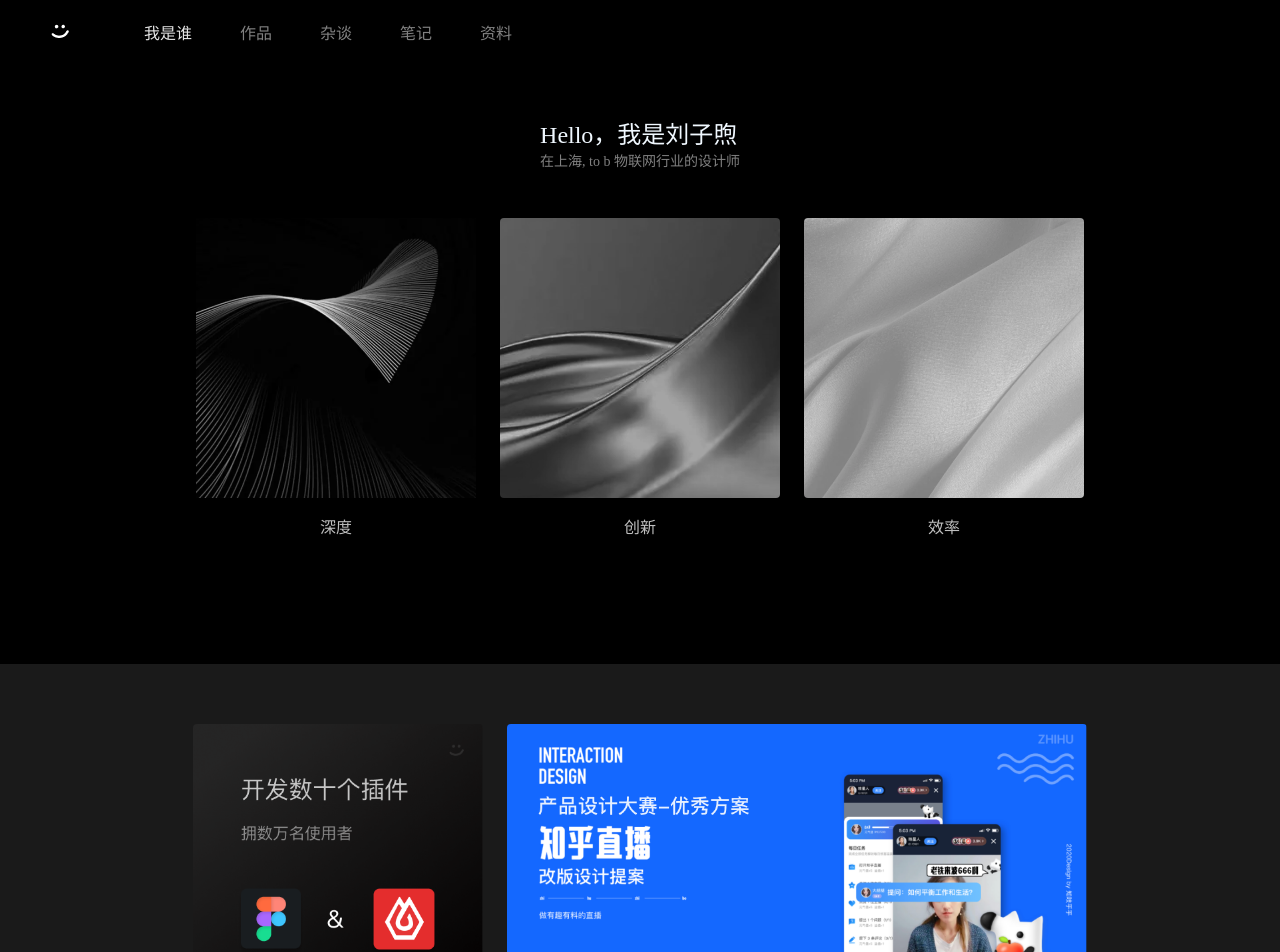
Repository: LiuZixu-aurelio/myblog-Vue
Page: /#/home/who
These files come from the project's save history. The page is drawn as it stood at one moment and after the next save; the edit follows.
The browser window is 1280 px wide. The pictures show the part of the page from y = 0 to 952 px (the page is 2936 px tall).
The project was rebuilt for these pictures with package versions that can differ from the ones it lists, and the page was loaded fresh each time. Also part of the build but not shown: vue.config.js, src/views/PreView.vue, src/components/cardCom.vue, src/views/project.vue, src/views/talk.vue, src/views/sign.vue, src/views/test.vue, src/components/detailCom.vue.

Above is the page before, as saved 2022-09-05 11:14:52.

### src/App.vue
<template>
  <div>
    <!-- <img id='cursor' src="../public/Frame9.png" alt="" /> -->
    <router-view></router-view>
  </div>
</template>

<script>
/* window.onmousemove = function (e) {
  // e是事件对象
  console.log(document.querySelector('img').style.left)
  document.querySelector('img').style.left = e.pageX + 20 + 'px'
  document.querySelector('img').style.top = e.pageY + 20 + 'px'
} */
</script>


<style lang="scss">
* {
    cursor:url('../public/Frame9.svg'), auto;;
  }

/* #cursor {
    position: absolute;
    left: 0;
    top: 0;
} */

body{
  padding: 0px;
  margin: 0px;
  height: auto;
}
.hairlines{
  padding: 0px;
  margin: 0px;
}
#app{
  height: auto;
}

#pre {
  background-color: #000000;
  height: 100vh;

  .liuzixu{
    color: aliceblue;
    padding: 24px;
  }

  .cont{
    color: aliceblue;
    width: 100%;
    text-align: center;
    position: relative;
    top: 100px;
    z-index: 1;
  }

  .test {
  color:rgba(255, 255, 255, 0.5);
  z-index: 1;
  text-align: center;
  position: relative;
  bottom: -150px;
  width: auto;
  height: auto;
  cursor: default;
  font-size: 12px;
  }

  #start{
    width: 74px;
    height: 36px;
    border-radius: 18px;
    border: 1px solid white;
    color: white;
    background: none;
    font-size: 16px;
    margin: 16px 56px;
    position:static;
  }

  #start:hover{
    color: rgb(0,0,0 );
    background: white;
  }
}

.home{
  background-color: rgb(244, 246, 255);
  height: auto;

  .nav {
      background-color: black;
      height: 67px;
      line-height: 67px;
    img {
      margin: 0px 24px;
      position: relative;
      top: 4px;
    }

    .navkuaiu{
      margin: 0px 24px;
      color: rgba(255, 255, 255, 0.5);
      text-decoration: none;
      &.router-link-exact-active{
       color: rgba(255, 255, 255, 0.9);
    }
    }
    .navkuaiu:hover{
      font-size: 16px;
      color: rgba(255, 255, 255, 0.9);
      font-weight: 500;
    }

  }
  .color1{
    background-color: #000
  }

  .color2{
    background-color: rgb(244, 246, 255)
  }

  .whoheigt{height:94vh;

    .whocont{
      width: 92%;
      margin: auto;
      height: 90%;
      text-align: center;
    }

    .whodiv{
      display: inline-block;
      margin: 24px 24px 0px 24px;
      padding-bottom: 0px ;
      max-width: 80%;
      text-align: left;
      color: rgba(255, 255, 255, 0.75)
    }

    img{
      margin: 0px 24px;
      position: relative;
      top: 32px;
    }
  }
}

</style>

### src/router/index.js
import { createRouter, createWebHashHistory } from 'vue-router'
import HomeView from '../views/HomeView.vue'
import whoView from '../views/who.vue'
import PreView from '../views/PreView.vue'
import ProjectView from '../views/project.vue'
import TalkView from '../views/talk.vue'
import SignView from '../views/sign.vue'
import testQ from '../views/test.vue'

import DetailCom from '../components/detailCom.vue'

import { scard1, scard3 } from '../pages/zhihu.js'
import { scard1t, scard3t } from '../pages/talk-ux.js'
import { scardInfor1, scardInfor3 } from '../pages/infor.js'
import { extest1, extest3 } from '../pages/testhub.js'
import { button1, button3 } from '../pages/c-button'
import { signProduct1, signProduct3 } from '../pages/sign-product.js'
import { signBlender1, signBlender3 } from '../pages/sign-blender.js'
import { talkResponsive1, talkResponsive3 } from '../pages/talk-responsive.js'
import { signSAP1, signSAP3 } from '../pages/sign-sap.js'
import { signSalesforce1, signSalesforce3 } from '../pages/sign-salesforce.js'






const routes = [
  {
    path: '/', redirect: '/pre'
  },
  {
    path: '/pre',
    name: 'pre',
    component: PreView
  },
  {
    path: '/home',
    name: 'home',
    component: HomeView,
    children: [
      {
        path: '/home/who',
        name: 'homewho',
        component: whoView
      },
      {
        path: '/home/project',
        name: 'project',
        component: ProjectView,
      },
      {
        path: '/home/project/ZHIHU',
        name: 'ZHIHU',
        props: { na:scard1,im:scard3 },
        component: DetailCom
      },
      {
        path: '/home/project/test',
        name: 'testhub',
        props: { na:extest1,im:extest3 },
        component: DetailCom,
      },
      {
        path: '/home/project/infor',
        name: 'infor',
        props: { na:scardInfor1,im:scardInfor3 },
        component: DetailCom,
      },
      {
        path: '/home/talk',
        name: 'talk',
        component: TalkView,
      },
      {
        path: '/home/talk/DetailYHTYQT',
        name: 'Detail',
        props: { na:scard1t,im:scard3t },
        component: DetailCom
      },
      {
        path: '/home/talk/cbutton',
        name: 'cbutton',
        props: { na:button1,im:button3 },
        component: DetailCom
      },
      {
        path: '/home/talk/talk-responsive',
        name: 'talk-responsive',
        props: { na:talkResponsive1,im:talkResponsive3 },
        component: DetailCom
      },
      {
        path: '/home/sign',
        name: 'sign',
        component: SignView
      },
      {
        path: '/home/sign/sign-sap',
        name: 'sign-sap',
        props: { na:signSAP1,im:signSAP3 },
        component: DetailCom
      },
      {
        path: '/home/sign/sign-salesforce',
        name: 'sign-salesforce',
        props: { na:signSalesforce1,im:signSalesforce3 },
        component: DetailCom
      },
      {
        path: '/home/sign/sign-product',
        name: 'sign-product',
        props: { na:signProduct1,im:signProduct3 },
        component: DetailCom
      },
      {
        path: '/home/sign/sign-blender',
        name: 'sign-blender',
        props: { na:signBlender1,im:signBlender3 },
        component: DetailCom
      }
    ]
  },

  {
    path: '/testQ',
    name: 'testQ',
    component: testQ
  }
]

const router = createRouter({
  history: createWebHashHistory(),
  routes
})

export default router

### src/views/HomeView.vue
<template>
  <div class="home">
        <div class="nav">
            <router-link to="/" class="navkuaiu">
              <img src="../assets/smal-logo.png">
            </router-link>
            <router-link to="/home/who" class="navkuaiu">我是谁</router-link>
            <router-link to="/home/project" class="navkuaiu">作品</router-link>
            <router-link to="/home/talk" class="navkuaiu" v-if="'/home/talk'!=undefined">杂谈</router-link>
            <router-link to="/home/sign" class="navkuaiu">笔记</router-link>
            <a href="https://liuzixu-aurelio.github.io/designcollection/" class="navkuaiu" target="_blank">资料</a>
        </div>
        <router-view></router-view>
      <div></div>
  </div>
</template>

<script>

export default {
  name: 'HomeView',
  components: {}
}
</script>

<style>

</style>

### src/views/who.vue
<template>
<div id="who">
  <div class="title">
    Hello，我是刘子煦
    <div>在上海, to b 物联网行业的设计师</div>
  </div>
  <div id="character">
    <div>
      <div id="a1"></div>
      <p>深度</p>
    </div>
    <div>
      <div class="menban">
        <div id="b1"></div>
      </div>
      <p>创新</p>
    </div>
    <div>
      <div id="c1"></div>
      <p>效率</p>
    </div>
  </div>
  <div class="project">
    <div>
      <div id="a2"></div>
      <div id="b2"></div>
    </div>
    <div>
      <div id="a3"></div>
      <div id="b3"></div>
    </div>
    <div>
      <div id="a4"></div>
      <div id="b4"></div>
    </div>
    <div>
      <div id="a5"></div>
    </div>
  </div>
  <div id="tedian">
    <div class="title">与众不同</div>
    <div id="tedian2">
      <div class="tedian4">
        <div>左手设计</div>
        <ul>1.asdasd</ul>
        <ul>2.asdasd</ul>
        <ul>3.asdasd</ul>
      </div>
      <div class="divline"></div>
      <div class="tedian3">
        <div>右手技术</div>
        <ul>1.asdasd</ul>
        <ul>2.asdasd</ul>
        <ul>3.asdasd</ul>
      </div>
    </div>
  </div>
  <div class="project">
    <div class="title">联系方式</div>
    <div id="tedian2">
      <div class="tedian4">
        <div>Email：liuzixuitalia@163.com</div>
        <div>Wechat：398488080</div>
        <div>phone：17621616651</div>
      </div>
      <div class="divline"></div>
      <div class="tedian3">
        <div id="erweima"></div>
      </div>
    </div>
  </div>
</div>

</template>

<script>


export default {
  name: "whoView",
  components: {},
  mounted(){

  },
  methods: {
  },
  data() {
  },
};
</script>

<style>
#who {
  background-color: rgb(0, 0, 0);
  height: auto;
  display: flex;
  align-items: center;
  flex-wrap: wrap;
  flex-direction: column
}
.title {
  display: block;
  color: aliceblue;
  justify-content: center;
  align-items: center;
  margin: 48px 0px 0px 0px;
  font-size: 24px;
  flex-wrap: wrap

}
.title>div{
  font-size: 14px;
  color: rgba(255, 255, 255, 0.5);
}

#character {
  display: flex;
  margin: 48px 0px;
}

#character>div {
  width: 280px;
  height: 350px;
  margin: 0px 12px;
  display: flex;
  flex-direction: column;
  align-items: center
}
#character>div>p {
  color:rgba(255, 255, 255, 0.75);

}
.menban {
  border-radius: 4px;
  background: rgba(0, 0, 0, 0.5);
  backdrop-filter: blur(16px);
  z-index: 2px;

}
#a1 {
  width: 280px;
  height: 280px;
  background-image: url('../assets/who/c2.png');
  background-size: 300px 300px;

}
#b1 {
  width: 280px;
  height: 280px;
  background-image: url('../assets/who/c3.png');
  background-size: 300px 300px;
  border-radius: 4px;
  opacity:0.8;

}
#c1 {
  width: 280px;
  height: 280px;
  background-image: url('../assets/who/c1.png');
  background-size: 300px 300px;
  border-radius: 4px;
}

.project {
  background-color: rgba(255, 255, 255, 0.1);
  display: flex;
  flex-direction: column;
  width: 100%;
  padding: 48px 0px;
  margin: 48px 0px;
}

.project>div {
  height: auto;
  margin: 12px 0px;
  display: flex;
  justify-content: center;
}

#a2 {
  background-image: url('../assets/who/p1.png');
  background-size: 290px 300px;
  border-radius: 4px;
  width: 290px;
  height: 300px;
}
#b2 {
  margin-left: 24px;
  background-image: url('../assets/who/p2.png');
  background-size: 580px 300px;
  border-radius: 4px;
  width: 580px;
  height: 300px;
}
#a3 {
  background-image: url('../assets/who/p3.png');
  background-size: 435px 300px;
  border-radius: 4px;
  width: 435px;
  height: 300px;
}
#b3 {
  margin-left: 24px;
  background-image: url('../assets/who/p4.png');
  background-size: 435px 300px;
  border-radius: 4px;
  width: 435px;
  height: 300px;
}
#a4 {
  background-image: url('../assets/who/p5.png');
  width: 580px;
  height: 300px;
}
#b4 {
    margin-left: 24px;
    background-image: url('../assets/who/p6.png');
  width: 290px;
  height: 300px;
}
#a5 {
    background-image: url('../assets/who/p7.png');
  width: 894px;
  height: 300px;
}

#tedian {
  margin-bottom: 48px;
  display: flex;
  flex-direction: column;
  align-items: center
}
#tedian2 {
  display: flex;
  margin-top: 48px;
}
.tedian3 {
  /* border: 1px solid red; */
  width: 380px;
  margin: 0px 32px;
}
.tedian3>div {
  color: #fff;
  font-size: 16px;
  margin: 8px 16px 24px 16px;
}
.tedian3>ul {
  color: rgba(255, 255, 255, 0.5);
  padding: 0px;
  margin: 16px 16px;
}
.divline {
  width: 1px;
  height: 10rem;
  margin: 0px 0px;
  background-color: rgba(255, 255, 255, 0.15);
}
.tedian4 {
  /* border: 1px solid red; */
  width: 380px;
  margin: 0px 32px;
}
.tedian4>div {
  color: #fff;
  font-size: 16px;
  margin: 8px 16px 24px 16px;
  text-align: right;
}
.tedian4>ul {
  color: rgba(255, 255, 255, 0.5);
  padding: 0px;
  margin: 16px 16px;
  text-align: right;
}



#erweima {
  width: 150px;
  height: 150px;
  background-image: url('../assets/who/wc.png');
  background-size: 150px 150px
}
</style>

### src/pages/c-button.js
const button1 = '组件-按钮的剖析'

const aa = require("/src/assets/button.png")
const ab = 'url(' + aa +')'
const button2 = {backgroundImage: ab}

const button4 = '/home/talk/cbutton'

const a0 = require('/src/assets/button.png')
const a = require('/src/assets/button1.png')
const a1 = require('/src/assets/button2.png')
const a2 = require('/src/assets/button3.png')
const a3 = require('/src/assets/button4.png')
const a4 = require('/src/assets/button5.png')
const a5 = require('/src/assets/button6.png')
const a6 = require('/src/assets/button7.png')
const a7 = require('/src/assets/button8.png')
const button3 = [a0,a,a1,a2,a3,a4,a5,a6,a7]

export { button1 } // 标题
export { button2 } // 卡片背景
export { button3 } // 页面内容
export { button4 } // 路径

### src/pages/sign-product.js
const signProduct1 = '笔记-产品书籍&讲座'

const aa = require("/src/assets/sign/sign-product.png")
const ab = 'url(' + aa +')'
const signProduct2 = {backgroundImage: ab}

const signProduct4 = '/home/sign/sign-product'

const a0 = require('/src/assets/sign/sign-product.png')
const a = require('/src/assets/sign/sign-product1.png')
const a1 = require('/src/assets/sign/sign-product2.png')
const a2 = require('/src/assets/sign/sign-product3.png')
const signProduct3 = [a0,a,a1,a2]

export { signProduct1 } // 标题
export { signProduct2 } // 卡片背景
export { signProduct3 } // 页面内容
export { signProduct4 } // 路径

### src/pages/sign-blender.js
// 1.设置本页
// 2.配置路由
// 3.放入列表页

const signBlender1 = '笔记-blender'

const aa = require("/src/assets/sign/sign-blender.png")
const signBlender2 = {backgroundImage: 'url(' + aa +')'}

const signBlender3 =[
    require('/src/assets/sign/sign-blender.png'),
    require('/src/assets/sign/sign-blender1.png'),
    require('/src/assets/sign/sign-blender2.png'),
    require('/src/assets/sign/sign-blender3.png'),
    require('/src/assets/sign/sign-blender4.png'),
    require('/src/assets/sign/sign-blender5.png')
]

const signBlender4 = '/home/sign/sign-blender'

export { signBlender1 } // 标题
export { signBlender2 } // 卡片背景
export { signBlender3 } // 页面内容
export { signBlender4 } // 路径

### src/pages/talk-responsive.js
// 1.设置本页
// 2.配置路由
// 3.放入列表页

const talkResponsive1 = '组件-布局响应式'

const aa = require("/src/assets/talk/talk-responsive.png")
const talkResponsive2 = {backgroundImage: 'url(' + aa +')'}

const talkResponsive3 =[
    require('/src/assets/talk/talk-responsive.png'),
    require('/src/assets/talk/talk-responsive1.png'),
    require('/src/assets/talk/talk-responsive2.png'),
    require('/src/assets/talk/talk-responsive3.png'),
    require('/src/assets/talk/talk-responsive4.png')
]

const talkResponsive4 = '/home/talk/talk-responsive'

export { talkResponsive1 } // 标题
export { talkResponsive2 } // 卡片背景
export { talkResponsive3 } // 页面内容
export { talkResponsive4 } // 路径

### src/pages/sign-sap.js
const signSAP1 = '笔记-SAP设计系统'

const aa = require("/src/assets/sign/sign-sap.png")
const ab = 'url(' + aa +')'
const signSAP2 = {backgroundImage: ab}

const signSAP4 = '/home/sign/sign-sap'

const signSAP3 =[
    require('/src/assets/sign/sign-sap.png'),
    require('/src/assets/sign/sign-sap1.png'),
    require('/src/assets/sign/sign-sap2.png'),
    require('/src/assets/sign/sign-sap3.png'),
    require('/src/assets/sign/sign-sap4.png'),
    require('/src/assets/sign/sign-sap5.png'),
    require('/src/assets/sign/sign-sap6.png')
]

export { signSAP1 } // 标题
export { signSAP2 } // 卡片背景
export { signSAP3 } // 页面内容
export { signSAP4 } // 路径

### src/pages/sign-salesforce.js
// 1.设置本页
// 2.配置路由
// 3.放入列表页

const signSalesforce1 = '设计系统-salesforce'

const aa = require("/src/assets/sign/sign-salesforce.png")
const signSalesforce2 = {backgroundImage: 'url(' + aa +')'}

const signSalesforce3 =[
    require('/src/assets/sign/sign-salesforce.png'),
    require('/src/assets/sign/sign-salesforce1.png'),
    require('/src/assets/sign/sign-salesforce2.png'),
    require('/src/assets/sign/sign-salesforce3.png'),
    require('/src/assets/sign/sign-salesforce4.png'),
    require('/src/assets/sign/sign-salesforce5.png'),
    require('/src/assets/sign/sign-salesforce6.png'),
    require('/src/assets/sign/sign-salesforce7.png')
]

const signSalesforce4 = '/home/sign/sign-salesforce'

export { signSalesforce1 } // 标题
export { signSalesforce2 } // 卡片背景
export { signSalesforce3 } // 页面内容
export { signSalesforce4 } // 路径

Loaded but not shown: public/index.html (common file); src/main.js (common file); src/pages/infor.js (no copy from this time; the picture is the same without it); src/pages/talk-ux.js (no copy from this time; the picture is the same without it); src/pages/testhub.js (no copy from this time; the picture is the same without it); src/pages/zhihu.js (no copy from this time; the picture is the same without it)

After the next save:
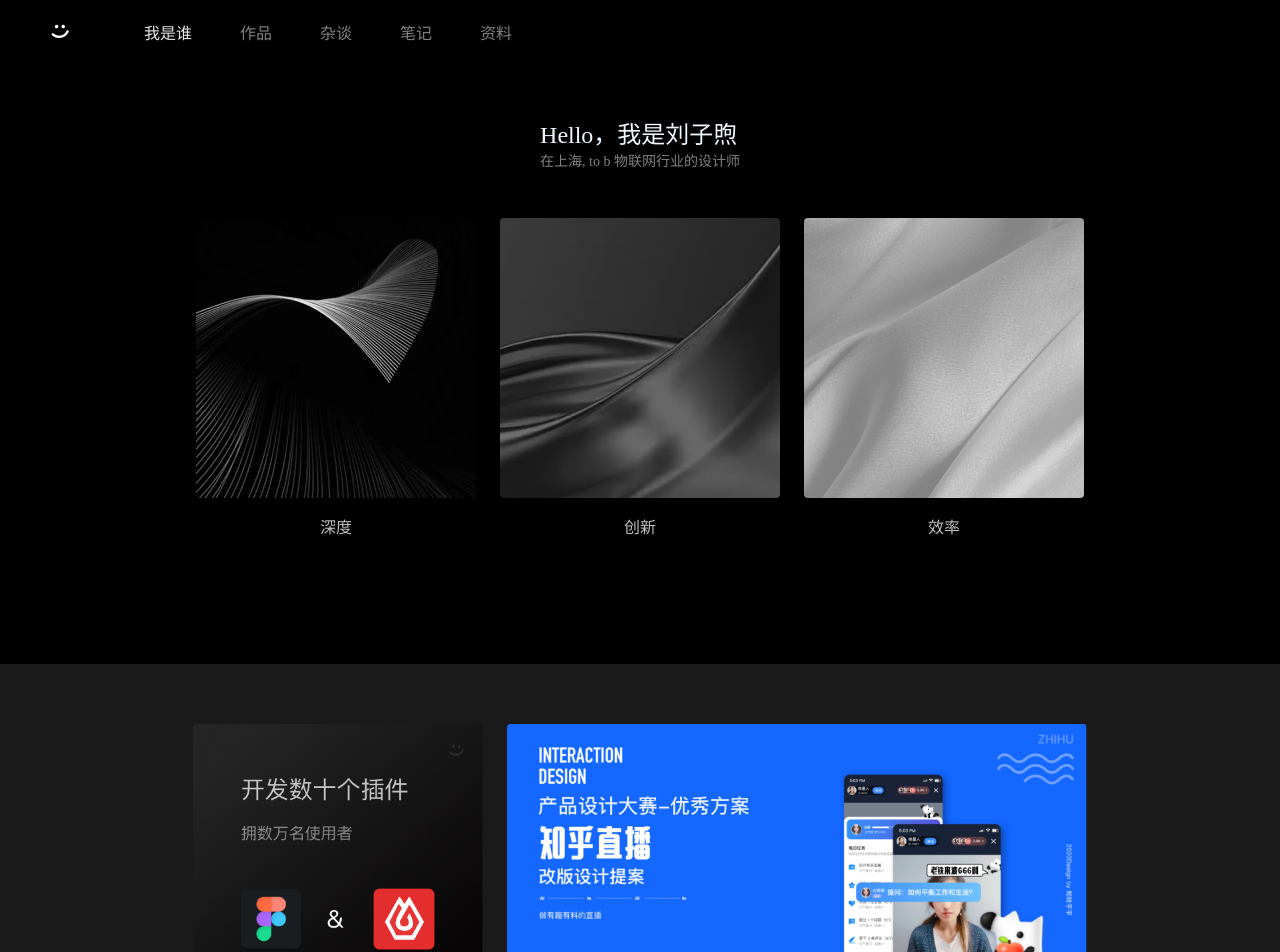
Saved 14 s later.
--- a/src/views/who.vue
+++ b/src/views/who.vue
@@ -150,7 +150,7 @@
   background-image: url('../assets/who/c3.png');
   background-size: 300px 300px;
   border-radius: 4px;
-  opacity:0.8;
+  opacity:0.5;
 
 }
 #c1 {
